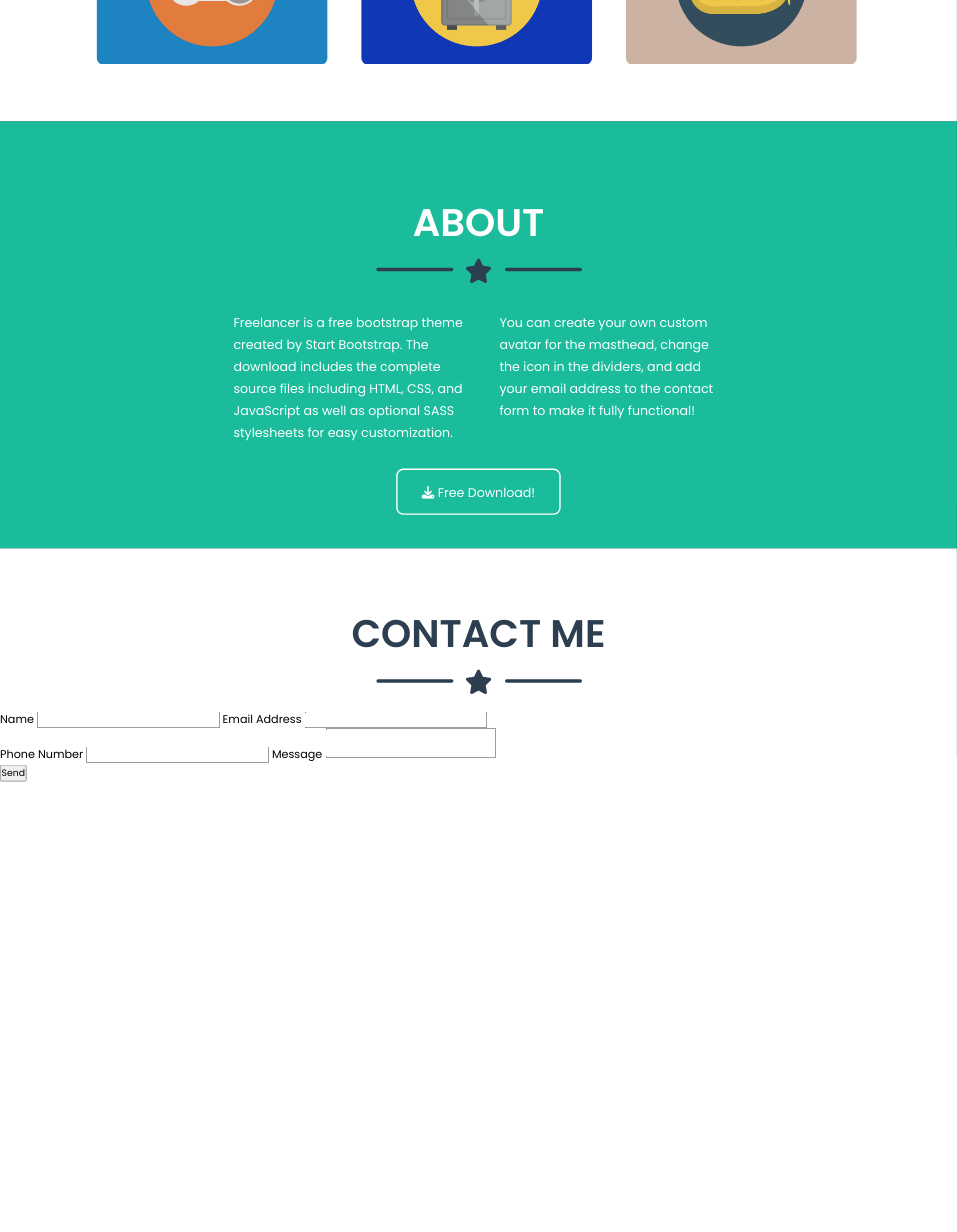
Repository: sSoRaK/web-cut-by-figma_train
Page: bai02/index.html
These files come from the project's save history. The page is drawn as it stood at one moment and after the next save; the edit follows.
The browser window is 1280 px wide. The page is 1367 px wide, so the pictures cover 1367 px, including what lies to the right of the window. The pictures show the part of the page from y = 1459 to 3219 px (the page is 3219 px tall), at 70% of full size.

Above is the page before, as saved 2023-06-02 14:20:31.

After the next save:
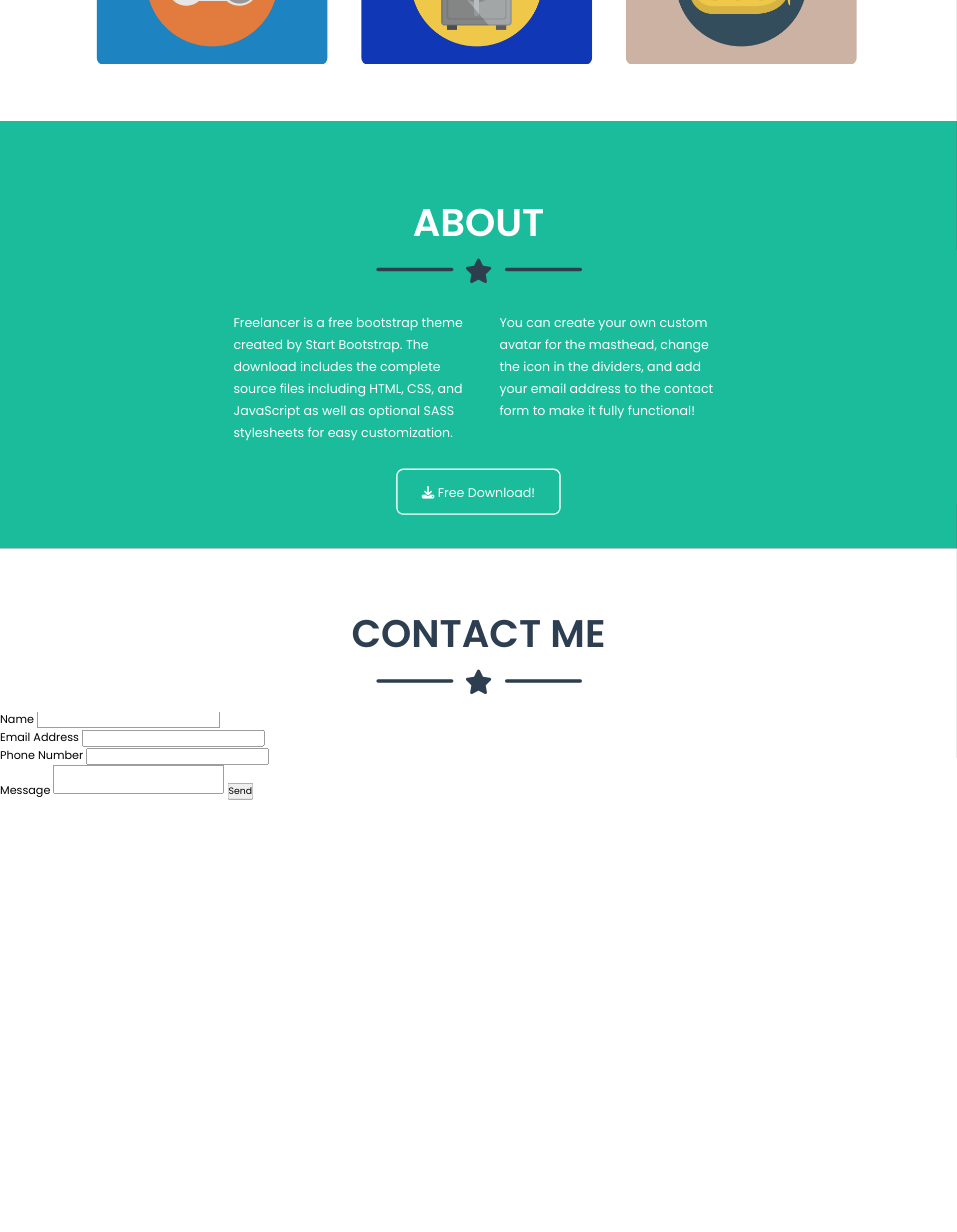
Saved 119 s later.
--- a/bai02/index.html
+++ b/bai02/index.html
@@ -123,12 +123,18 @@
           </div>
           <div class="form">
             <form action="#" method="post">
-              <label for="name">Name</label>
-              <input type="text" name="name" id="name" />
-              <label for="email">Email Address</label>
-              <input type="email" name="email" id="email" />
-              <label for="phone-number">Phone Number</label>
-              <input type="number" name="phone-number" id="phone-number" />
+              <div class="block1">
+                <label for="name">Name</label>
+                <input type="text" name="name" id="name" />
+              </div>
+              <div class="block2">
+                <label for="email">Email Address</label>
+                <input type="email" name="email" id="email" />
+              </div>
+              <div class="block3">
+                <label for="phone-number">Phone Number</label>
+                <input type="number" name="phone-number" id="phone-number" />
+              </div>
               <label for="message">Message</label>
               <textarea
                 name="message"
